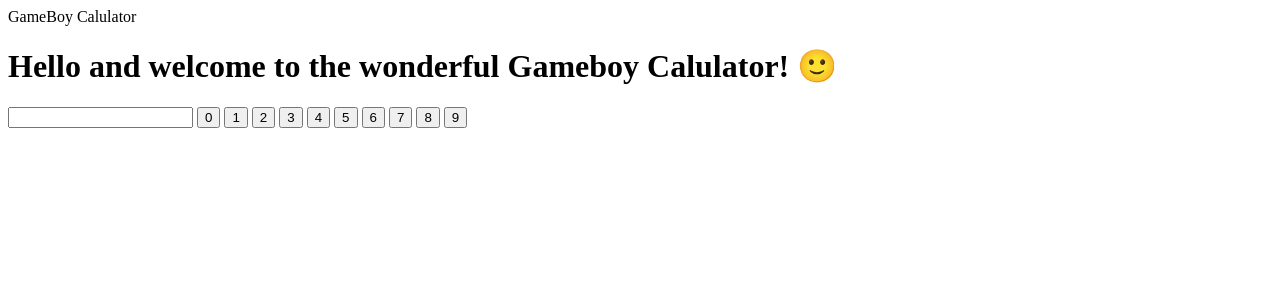
Repository: CrazyPaine/GameBoy-Calculator
Page: index.html
An editor plug-in stored every save of this project. The page is shown before and after the next save, followed by the edit.
The browser window is 1280 px wide. The pictures show the whole page.

Above is the page before, as saved 2024-02-01 15:34:21.

After the next save:
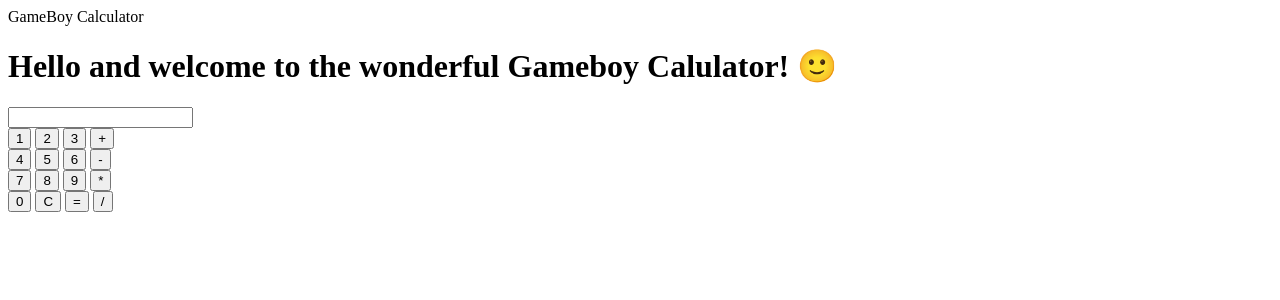
Saved 2 min 25 s later.
--- a/index.html
+++ b/index.html
@@ -4,28 +4,35 @@
     <meta charset="UTF-8">
     <meta name="viewport" content="width=device-width, initial-scale=1.0">
     <link rel="stylesheet" type="text/css" href="css/styles.css"
-    <title>GameBoy Calulator</title>
+    <title>GameBoy Calculator</title>
 </head>
 
 <body>
     <h1 class = "Intro">Hello and welcome to the wonderful Gameboy Calulator! &#128578;</h1>
 
-    <div class = 'container'>
-        <input type="text"id="display" min="1" placeholder="">
+    <div class = 'calculator'>
+        <input type="text"id="display" readonly>
+       <br>
+            <button onclick="appendToDisplay('1')">1</button>
+            <button onclick="appendToDisplay('2')">2</button>
+            <button onclick="appendToDisplay('3')">3</button>
+            <button onclick="appendToDisplay('+')">+</button>
+            <br>
+            <button onclick="appendToDisplay('4')">4</button>
+            <button onclick="appendToDisplay('5')">5</button>
+            <button onclick="appendToDisplay('6')">6</button>
+            <button onclick="appendToDisplay('-')">-</button>
+            <br>
+            <button onclick="appendToDisplay('7')">7</button>
+            <button onclick="appendToDisplay('8')">8</button>
+            <button onclick="appendToDisplay('9')">9</button>
+            <button onclick="appendToDisplay('*')">*</button>
+            <br>
+            <button onclick="appendToDisplay('0')">0</button>
+            <button onclick="clearDisplay()">C</button>
+            <button onclick="calculateResult()">=</button>
+            <button onclick="appendToDisplay('/')">/</button>
 
-            <button>0</button>
-            <button>1</button>
-            <button>2</button>
-            <button>3</button>
-            <button>4</button>
-            <button>5</button>
-            <button>6</button>
-            <button>7</button>
-            <button>8</button>
-            <button>9</button>
-
-
-        </div>
     </div>
 
 
